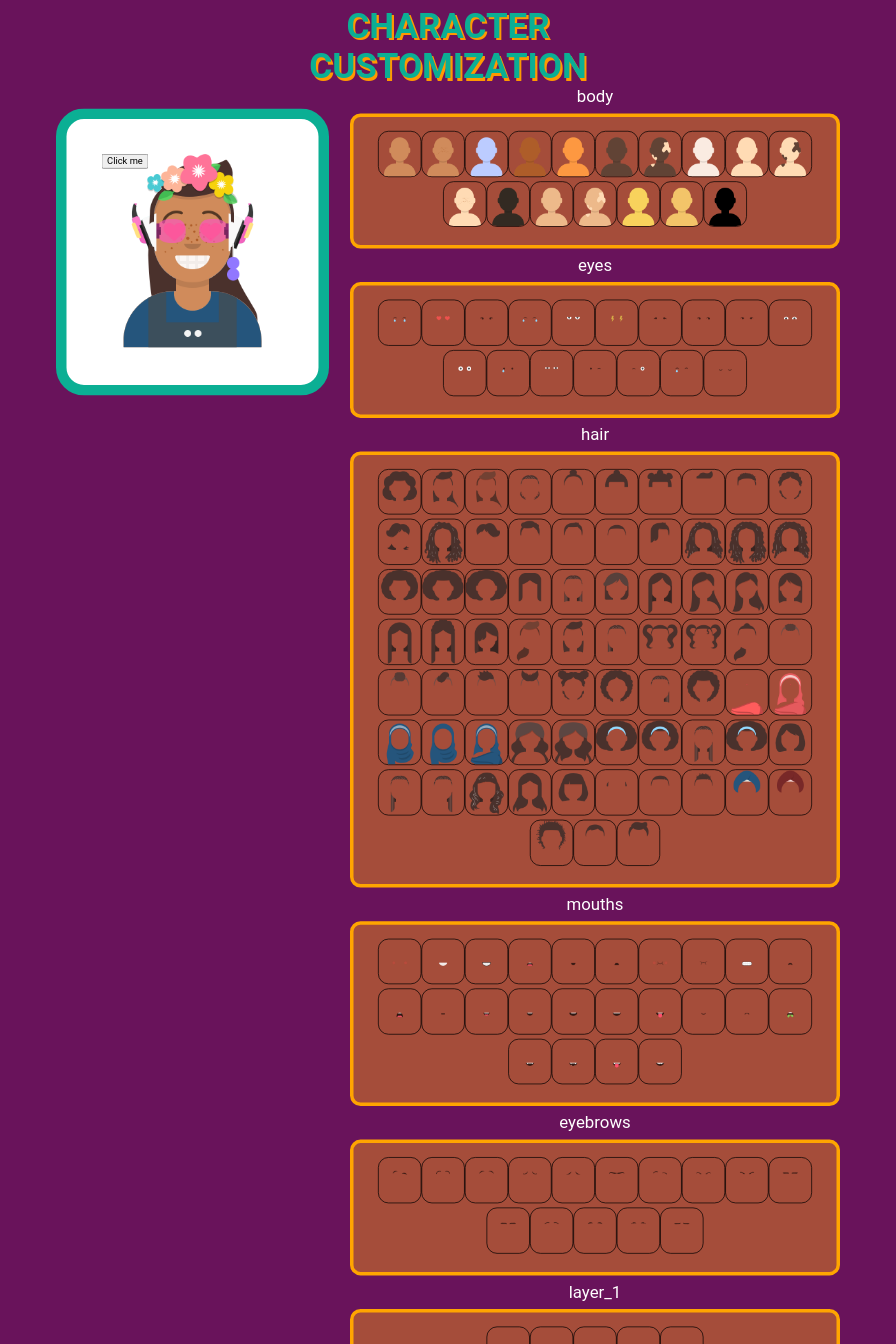
Repository: Kamaric112/react_clothing
Page: /
An editor plug-in stored every save of this project. The page is shown before and after the next save, followed by the edit.
The browser window is 1280 px wide. The pictures show the part of the page from y = 0 to 1920 px (the page is 3287 px tall), at 70% of full size.
The project was rebuilt for these pictures with package versions that can differ from the ones it lists, and the page was loaded fresh each time.

Above is the page before, as saved 2022-08-29 21:02:13.

After the next save:
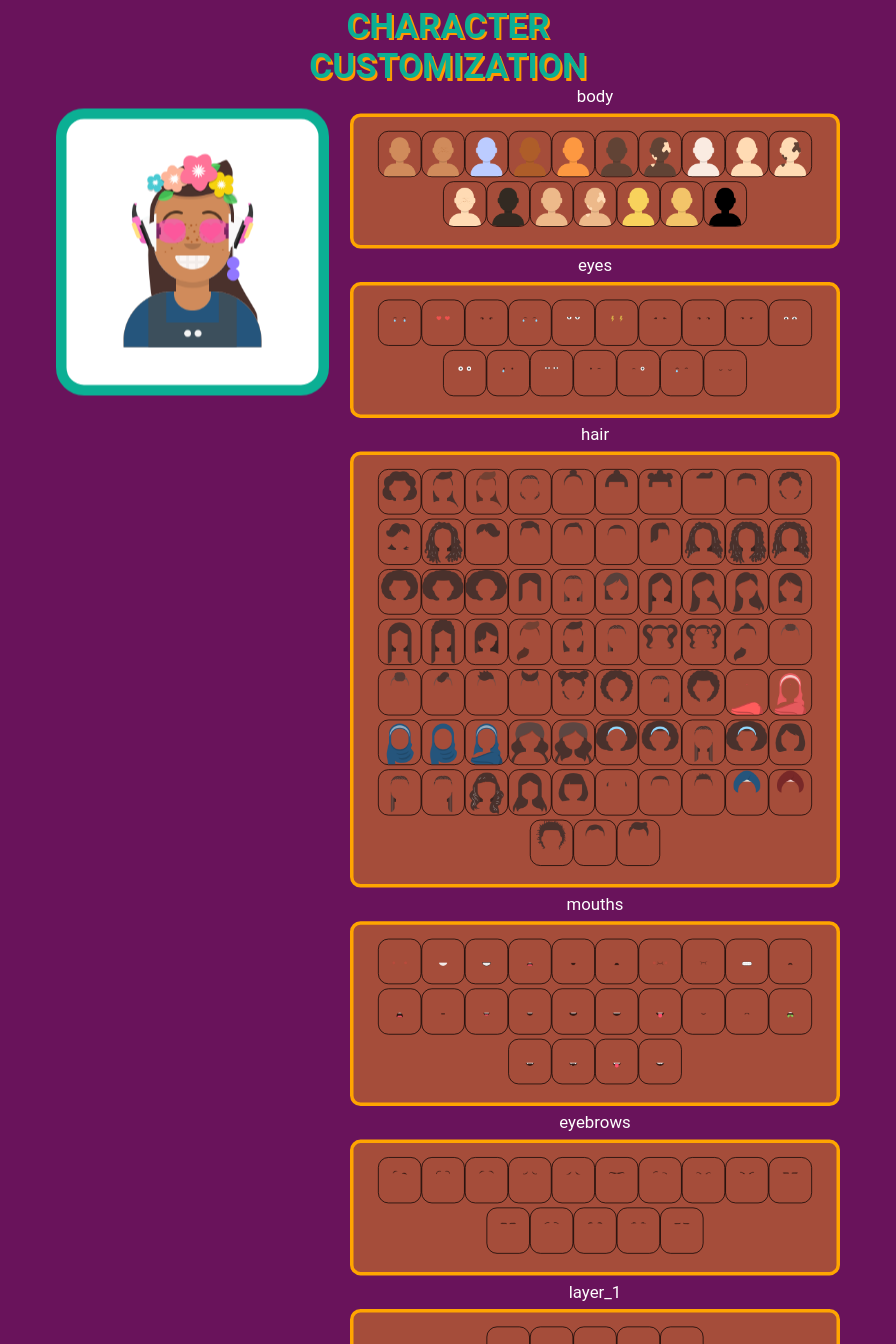
Saved 10 s later.
--- a/src/components/Avatar.js
+++ b/src/components/Avatar.js
@@ -1,7 +1,7 @@
 import React from 'react'
 import Part from './Part'
 
-function Avatar({eyes,body,layer_1,layer_2,layer_3,mouths,glasses,hair,earrings,hats,eyebrows,randomize}) {
+function Avatar({eyes,body,layer_1,layer_2,layer_3,mouths,glasses,hair,earrings,hats,eyebrows}) {
   return (
     <div>
       <div className="avatar-wrapper">
@@ -18,7 +18,6 @@ function Avatar({eyes,body,layer_1,layer_2,layer_3,mouths,glasses,hair,earrings,
           <Part type="earrings" position="3" index = {earrings}/>
           <Part type="hats" position="4" index = {hats}/>
           <Part type="eyebrows" position="2" index = {eyebrows}/>
-          <button onClick={randomize}>Click me </button>
 
 
 
